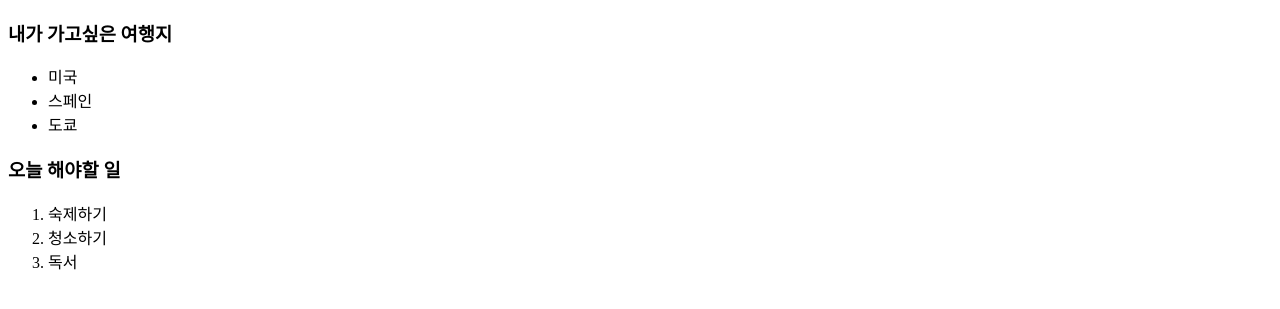
Repository: sunwoo711/sunwoo711.github.io
Page: div.html
The author's editor kept a record of every edit. The page is drawn from the files as they stood at one moment, then again after the next edit.
The browser window is 1280 px wide. The pictures show the whole page.

Above is the page before.

### div.html
<!DOCTYPE html>
<html lang="kr">
    <head>
        <meta charset="utf-8">
        <title>테이블 태그</title>
</head>
<body>
            <h3>내가 가고싶은 여행지</h3>
            <ul>
                <li>미국</li>
                <li>스페인</li>
                <li>도쿄</li>
            </ul>

           <h3>오늘 해야할 일</h3>
            <ol>
                <li>숙제하기</li>
                <li>청소하기</li>
                <li>독서</li>
            </ol>
       </body>
    </html>

After the next edit:
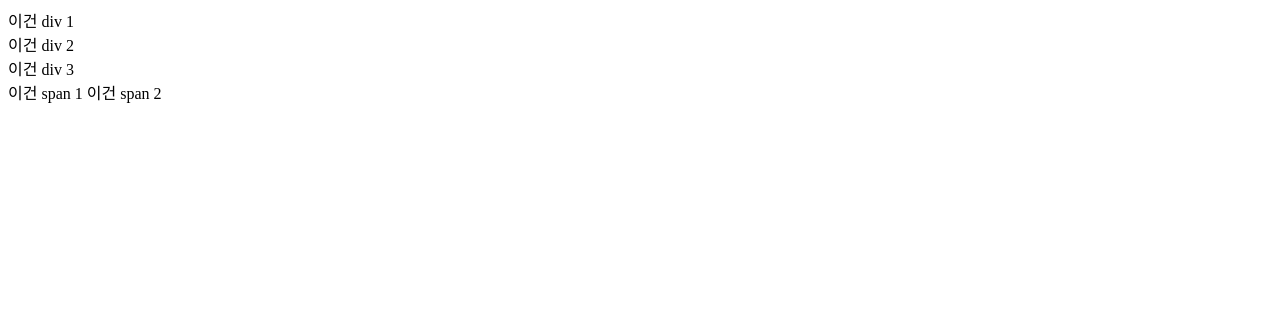
The edit:
--- a/div.html
+++ b/div.html
@@ -2,21 +2,24 @@
 <html lang="kr">
     <head>
         <meta charset="utf-8">
-        <title>테이블 태그</title>
-</head>
-<body>
-            <h3>내가 가고싶은 여행지</h3>
-            <ul>
-                <li>미국</li>
-                <li>스페인</li>
-                <li>도쿄</li>
-            </ul>
+        <title>멋직일보</title>
+    </head>
+    <body>
+            <div>
+                이건 div 1
+            </div>
+            <div>
+                이건 div 2
+            </div>
+            <div>
+                이건 div 3
+            </div>
 
-           <h3>오늘 해야할 일</h3>
-            <ol>
-                <li>숙제하기</li>
-                <li>청소하기</li>
-                <li>독서</li>
-            </ol>
+        <span>
+            이건 span 1
+        </span>
+         <span>
+            이건 span 2
+        </span>
        </body>
     </html>
